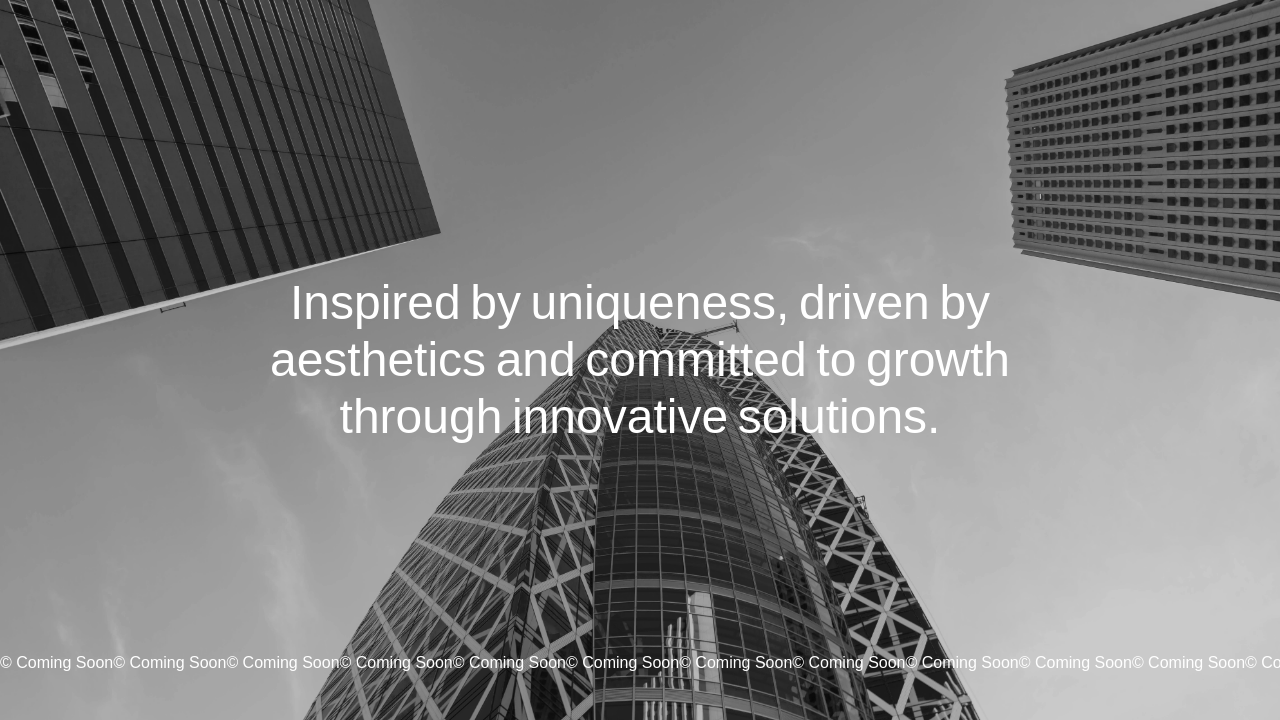
Repository: leswisss/comingsoon
Page: /
An editor plug-in stored every save of this project. The page is shown before and after a run of saves, followed by the edit.
The browser window is 1280 px wide. The pictures show the whole page.
Some web fonts or font styles are not loaded; a fallback is used. The project was rebuilt for these pictures with package versions that can differ from the ones it lists, and the page was loaded fresh each time. The framework's server and built-in components were replaced by stand-ins that run in the browser. Also part of the build but not shown: next.config.mjs.

Above is the page before, as saved 2024-06-16 15:21:22.

After the next 3 saves:
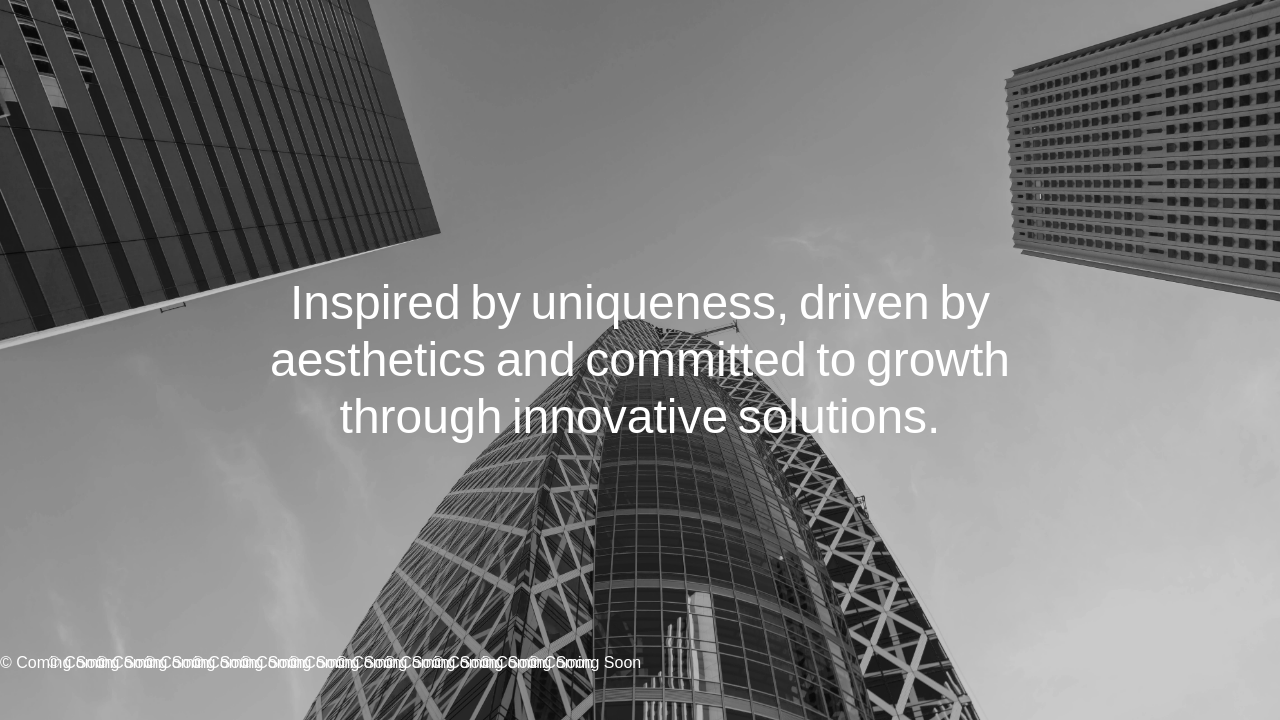
The 3 saves are shown as one change because they came seconds apart.
The last was saved 11 s later.
--- a/styles/marquee.module.scss
+++ b/styles/marquee.module.scss
@@ -10,6 +10,6 @@
   flex-wrap: nowrap;
 
   .soon{
-
+    max-width: 3rem;
   }
 }
